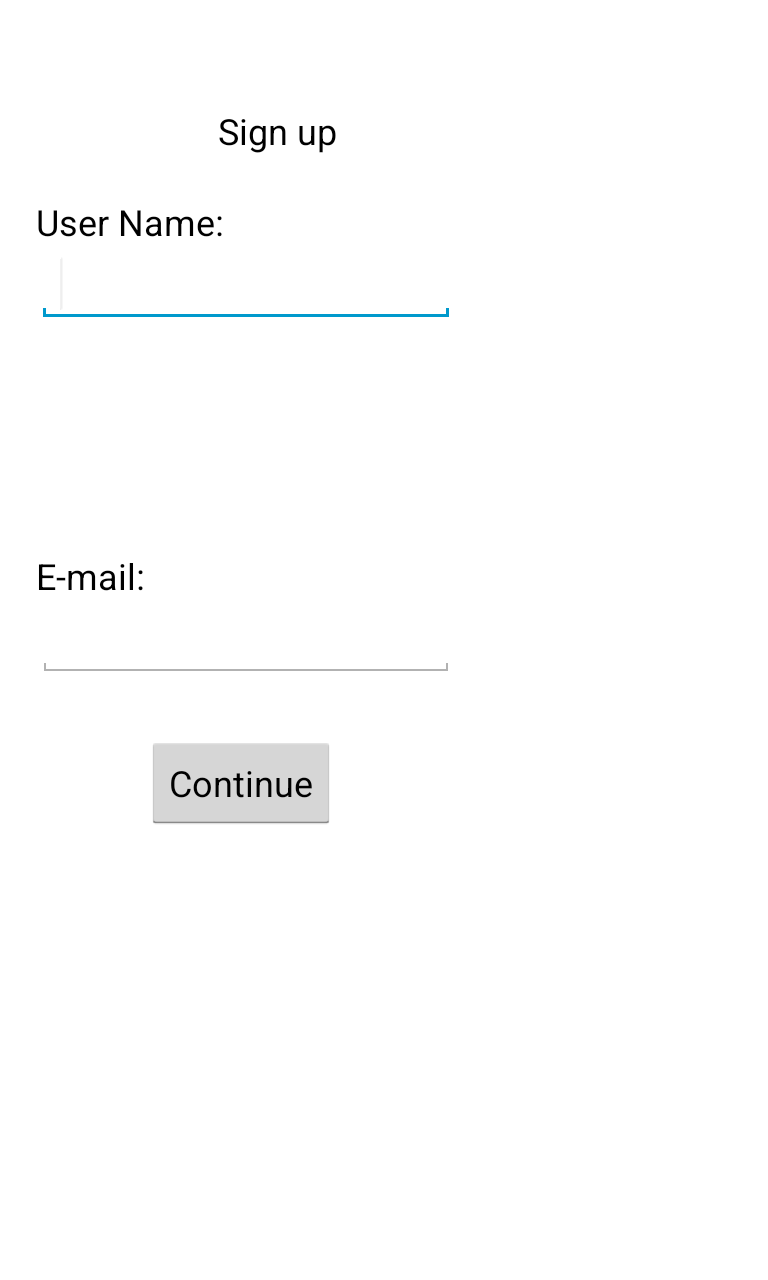
Repository: Teketel/hujeManiita
Layout: workspace/android/Besso/res/layout/activity_main.xml
These files come from the project's save history. The layout is drawn as it stood at one moment and after the next save; the edit follows.
It is drawn on a 768 x 1280 px phone screen (xhdpi) without system bars, with theme AppTheme; the app's code is not run.

Above is the layout before, as saved 2013-02-18 18:51:24.

After the next save:
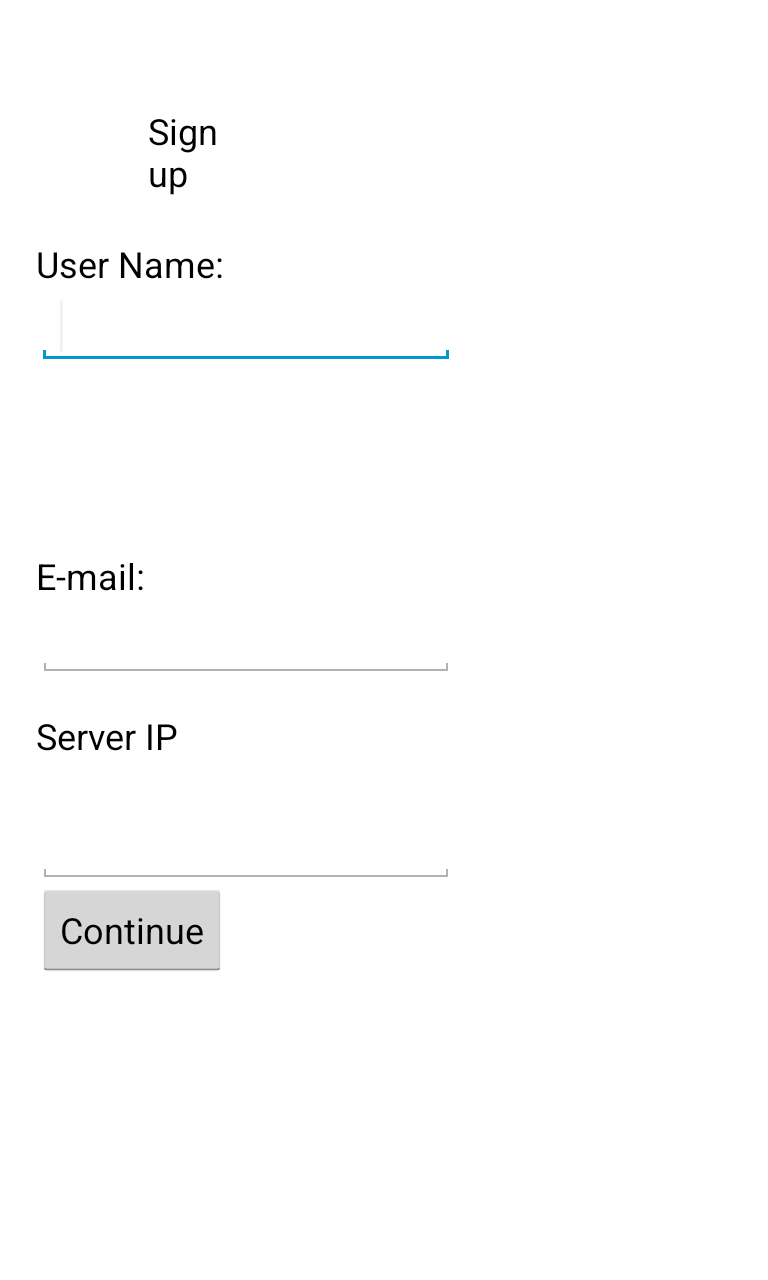
Saved 2 min 41 s later.
--- a/workspace/android/Besso/res/layout/activity_main.xml
+++ b/workspace/android/Besso/res/layout/activity_main.xml
@@ -52,15 +52,6 @@
         android:text="User Name:"
         android:textAppearance="?android:attr/textAppearanceMedium" />
 
-    <Button
-        android:id="@+id/button1"
-        android:layout_width="wrap_content"
-        android:layout_height="wrap_content"
-        android:layout_below="@+id/email"
-        android:layout_marginTop="28dp"
-        android:layout_toRightOf="@+id/textView3"
-        android:text="Continue" />
-
     <TextView
         android:id="@+id/textView3"
         android:layout_width="wrap_content"
@@ -70,4 +61,32 @@
         android:text="E-mail:"
         android:textAppearance="?android:attr/textAppearanceMedium" />
 
+    <TextView
+        android:id="@+id/TextView01"
+        android:layout_width="wrap_content"
+        android:layout_height="wrap_content"
+        android:layout_alignLeft="@+id/email"
+        android:layout_below="@+id/email"
+        android:layout_marginTop="16dp"
+        android:text="Server IP"
+        android:textAppearance="?android:attr/textAppearanceMedium" />
+
+    <Button
+        android:id="@+id/button1"
+        android:layout_width="wrap_content"
+        android:layout_height="wrap_content"
+        android:layout_alignParentLeft="true"
+        android:layout_below="@+id/TextView01"
+        android:layout_marginTop="61dp"
+        android:text="Continue" />
+
+    <EditText
+        android:id="@+id/EditTextServer"
+        android:layout_width="wrap_content"
+        android:layout_height="wrap_content"
+        android:layout_alignLeft="@+id/button1"
+        android:layout_below="@+id/TextView01"
+        android:layout_marginTop="23dp"
+        android:ems="10" />
+
 </RelativeLayout>
